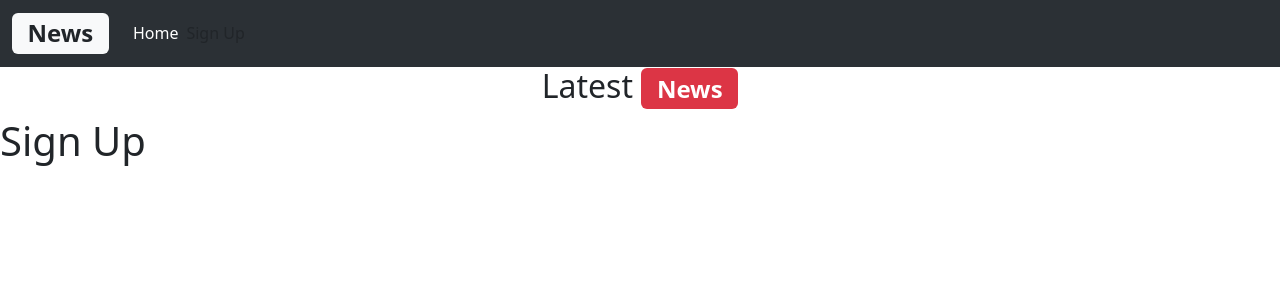
Repository: sshaiv/News_app
Page: /signup
These files come from the project's save history. The page is drawn as it stood at one moment and after the next save; the edit follows.
The browser window is 1280 px wide. The pictures show the whole page.
The page's requests for data from a server got no answer. The project was rebuilt for these pictures with package versions that can differ from the ones it lists, and the page was loaded fresh each time. No one was signed in, and anything a server would have sent is missing. Also part of the build but not shown: vite.config.js, src/Components/NewsItem.jsx, src/index.css.

Above is the page before, as saved 2024-07-15 12:37:32.

### index.html
<!doctype html>
<html lang="en">
  <head>
    <meta charset="UTF-8" />

    <meta name="viewport" content="width=device-width, initial-scale=1.0" />
    <title>News Mag</title>
    <link href="https://cdn.jsdelivr.net/npm/bootstrap@5.3.3/dist/css/bootstrap.min.css" rel="stylesheet" integrity="sha384-QWTKZyjpPEjISv5WaRU9OFeRpok6YctnYmDr5pNlyT2bRjXh0JMhjY6hW+ALEwIH" crossorigin="anonymous">
  </head>
  <body>
    <div id="root"></div>
    <script type="module" src="/src/main.jsx"></script>
    <script src="https://cdn.jsdelivr.net/npm/bootstrap@5.3.3/dist/js/bootstrap.bundle.min.js" integrity="sha384-YvpcrYf0tY3lHB60NNkmXc5s9fDVZLESaAA55NDzOxhy9GkcIdslK1eN7N6jIeHz" crossorigin="anonymous"></script>
  </body>
</html>

### src/App.jsx
import React from 'react';
import { BrowserRouter as Router, Route, Routes } from 'react-router-dom';
import Navbar from './Components/Navbar'; // Ensure correct path
 // Ensure correct path
import SignUp from './Components/SignUp'; // Ensure correct path
import NewsBoard from './Components/NewsBoard';
// import NewsBoard from './Components/NewsBoard'; // Ensure correct path

const App = () => {
  return (
    <Router>
      <div>
        <Navbar />
        <NewsBoard/>
        <Routes>

          <Route path="/signup" element={<SignUp />} />
        </Routes>
      </div>
    </Router>
  );
}

export default App;

### src/Components/Navbar.jsx
// import React from 'react';
import { Link } from 'react-router-dom';

const Navbar = () => {
  return (
    <div>
      <nav className="navbar navbar-expand-lg bg-body-tertiary" data-bs-theme="dark">
        <div className="container-fluid">
          <a className="navbar-brand" href="#">
            <span className="badge bg-light text-dark fs-4">News</span>
          </a>
          <button className="navbar-toggler" type="button" data-bs-toggle="collapse" data-bs-target="#navbarNav" aria-controls="navbarNav" aria-expanded="false" aria-label="Toggle navigation">
            <span className="navbar-toggler-icon"></span>
          </button>

          <div className="collapse navbar-collapse" id="navbarNav">
            <ul className="navbar-nav">
            <li className="nav-item">
          <a className="nav-link active" aria-current="page" href="#">Home</a>
             </li>

            </ul>

            <Link className="nav-link" to="/signup">Sign Up</Link>
          </div>
        </div>
      </nav>
    </div>
  );
}

export default Navbar;

### src/Components/SignUp.jsx
// import React from 'react';

const SignUp = () => {
  return (
    <div>
      <h1>Sign Up</h1>
      {/* Add your sign-up form here */}
    </div>
  );
}

export default SignUp;

### src/Components/NewsBoard.jsx
import { useEffect } from "react";
import { useState } from "react"
import NewsItem from "./NewsItem";

const NewsBoard = () => {

    const [articles,setArticles]=useState([]);

useEffect(()=>{
    let url = `https://newsapi.org/v2/top-headlines?country=us&category=business&apiKey=${import.meta.env.VITE_API_KEY}`;
    fetch(url).then(response=>response.json()).then(data=>setArticles(data.articles));
},[])

  return (
    <div>
      <h2 className="text-center">Latest <span className="badge bg-danger">News</span> </h2>
    {articles.map((news,index)=>{
        return <NewsItem key={index} title={news.title} description={news.description} src={news.urlToImage}  url={news.url} />
    })}
    </div>
  )
}

export default NewsBoard

Loaded but not shown: src/main.jsx (common file)

After the next save:
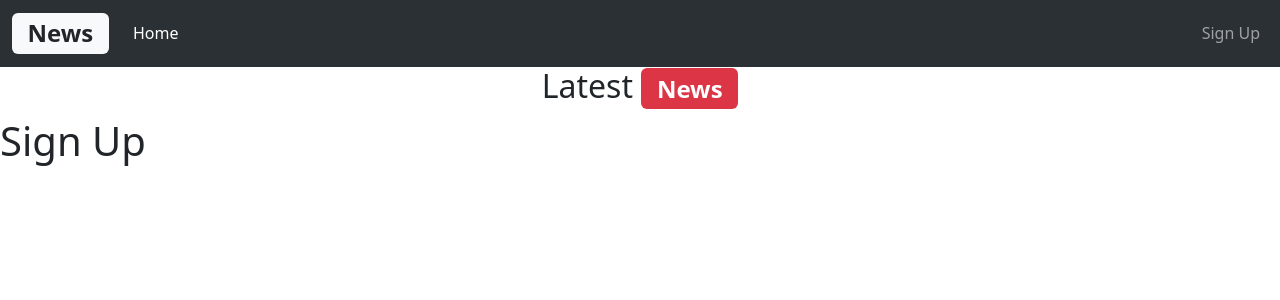
Saved 56 s later.
--- a/src/Components/Navbar.jsx
+++ b/src/Components/Navbar.jsx
@@ -1,4 +1,4 @@
-// import React from 'react';
+import React from 'react';
 import { Link } from 'react-router-dom';
 
 const Navbar = () => {
@@ -14,14 +14,16 @@ const Navbar = () => {
           </button>
 
           <div className="collapse navbar-collapse" id="navbarNav">
+            <ul className="navbar-nav me-auto">
+              <li className="nav-item">
+                <a className="nav-link active" aria-current="page" href="#">Home</a>
+              </li>
+            </ul>
             <ul className="navbar-nav">
-            <li className="nav-item">
-          <a className="nav-link active" aria-current="page" href="#">Home</a>
-             </li>
-
+              <li className="nav-item">
+                <Link className="nav-link" to="/signup">Sign Up</Link>
+              </li>
             </ul>
-
-            <Link className="nav-link" to="/signup">Sign Up</Link>
           </div>
         </div>
       </nav>
